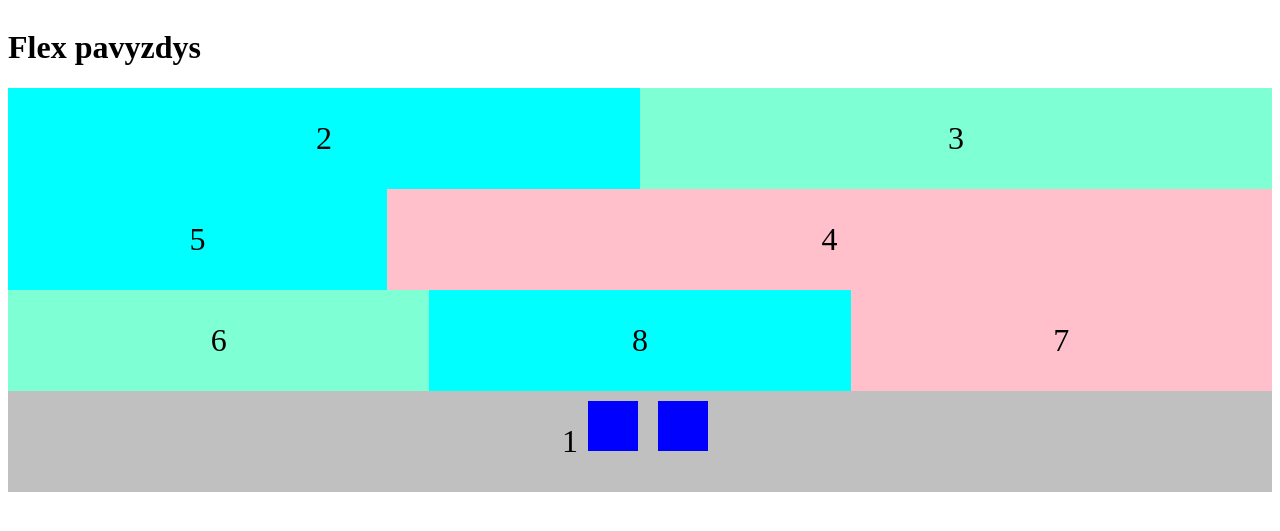
Repository: motiejus1/06-paskaita-invest
Page: index.html
These files come from the project's save history. The page is drawn as it stood at one moment and after a run of saves; the edit follows.
The browser window is 1280 px wide. The pictures show the whole page.

Above is the page before, as saved 2021-06-09 20:12:37.

After the next 2 saves:
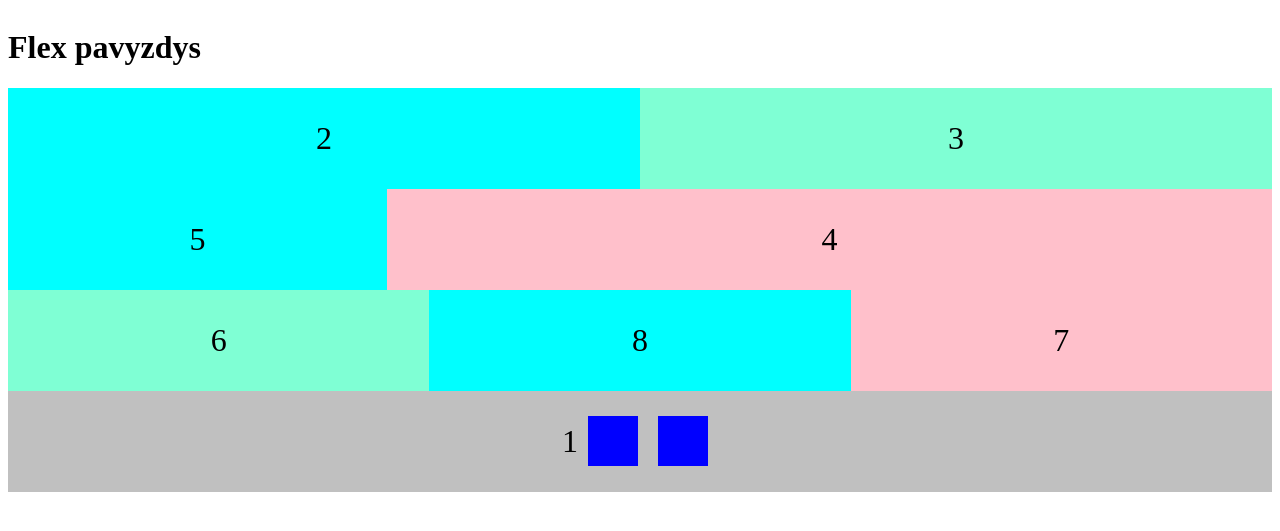
The 2 saves are shown as one change because they came seconds apart.
The last was saved 9 s later.
--- a/index.html
+++ b/index.html
@@ -150,7 +150,7 @@
         [class*="flex-item-"] {
                display:flex;
                justify-content: center;
-               align-items:
+               align-items: center;
             }
 
         @media screen and (max-width: 720px) {
